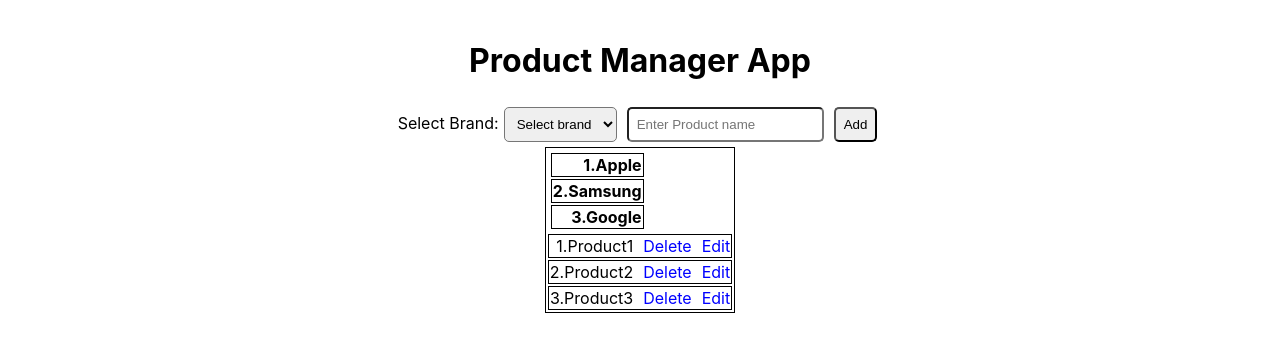
Repository: sunilkc-7/product-manager-app
Page: /
An editor plug-in stored every save of this project. The page is shown before and after the next save, followed by the edit.
The browser window is 1280 px wide. The pictures show the whole page.
The project was rebuilt for these pictures with package versions that can differ from the ones it lists, and the page was loaded fresh each time.

Above is the page before, as saved 2023-07-31 21:53:12.

After the next save:
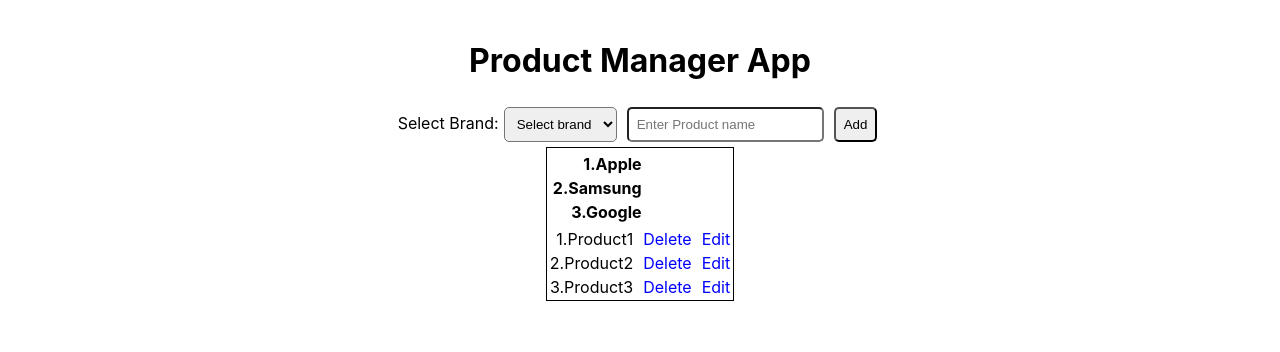
Saved 8 min 17 s later.
--- a/src/App.css
+++ b/src/App.css
@@ -33,8 +33,7 @@
   color: blue;
 }
 
-.tb,
-td {
+.tb {
   border: 1px solid black;
 }
 
